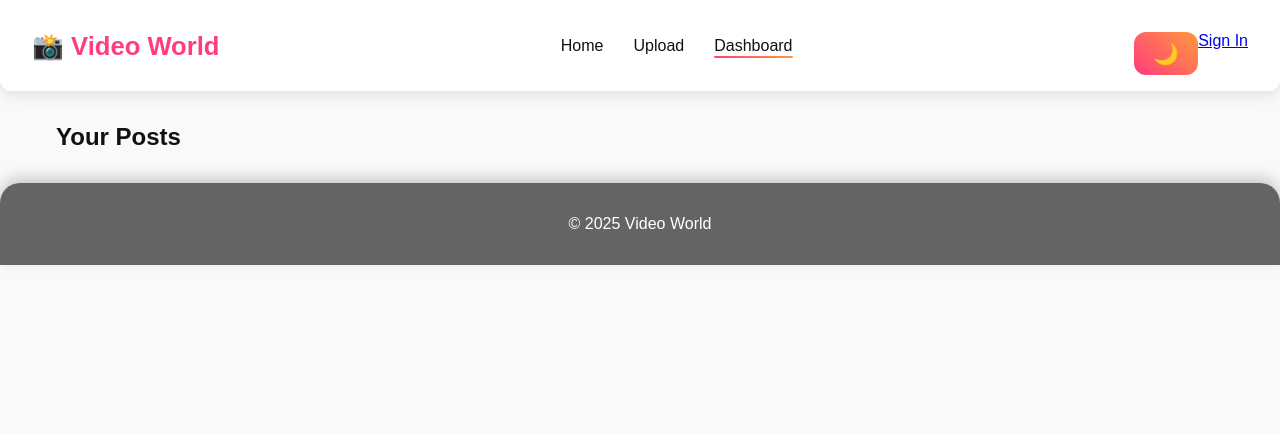
Repository: Shahzaibchohan789/SS-VideoShot
Page: dashboard.html
The author's editor kept a copy of each file at every save. The page is drawn from the files as they stood at one save, then again after the next save.
The browser window is 1280 px wide. The pictures show the whole page.

Above is the page before, as saved 2025-11-13 15:32:23.

After the next save:
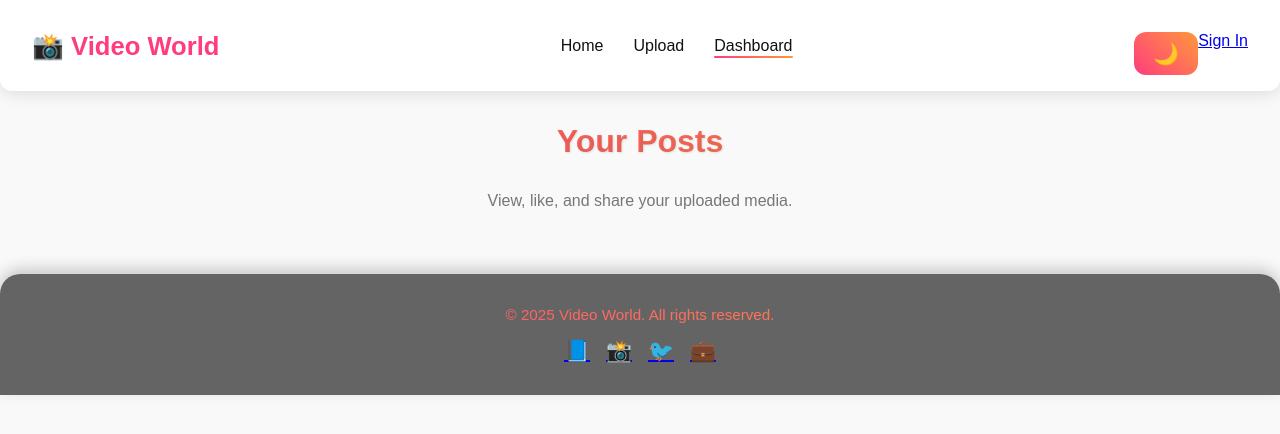
Saved 71 s later.
--- a/dashboard.html
+++ b/dashboard.html
@@ -6,7 +6,7 @@
   <title>Dashboard — Video World</title>
   <link rel="stylesheet" href="styles.css"/>
 </head>
-<body>
+<body class="dashboard">
 <header class="navbar">
   <div class="logo">📸 Video World</div>
   <nav class="links">
@@ -21,11 +21,25 @@
 </header>
 
 <main class="container">
-  <h2>Your Posts</h2>
+  <div class="feed-head">
+    <h2>Your Posts</h2>
+    <p class="muted">View, like, and share your uploaded media.</p>
+  </div>
   <section id="userGallery" class="feed-grid"></section>
 </main>
 
-<footer class="footer">© 2025 Video World</footer>
+<footer class="footer">
+  <div class="footer-content">
+    <p>© 2025 Video World. All rights reserved.</p>
+    <div class="social-links">
+      <a href="#" title="Facebook">📘</a>
+      <a href="#" title="Instagram">📸</a>
+      <a href="#" title="Twitter">🐦</a>
+      <a href="#" title="LinkedIn">💼</a>
+    </div>
+  </div>
+</footer>
+
 <script src="global.js"></script>
 </body>
 </html>
